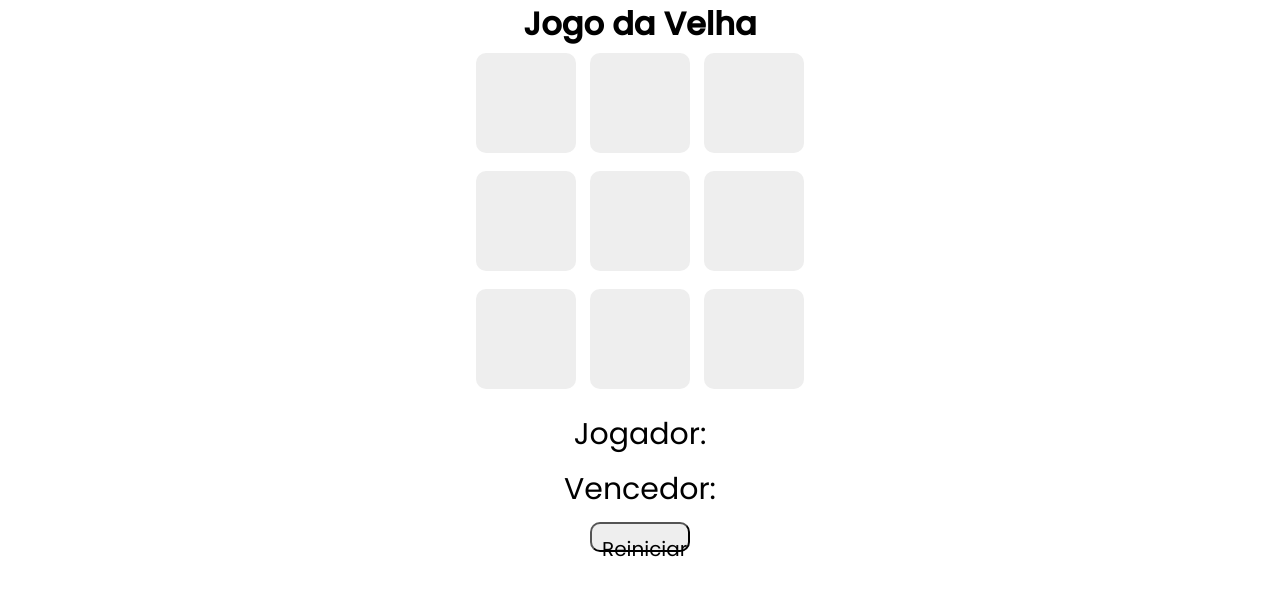
Repository: guilhermecardoso93/jogodavelha
Page: index.html
These files come from the project's save history. The page is drawn as it stood at one moment and after a run of saves; the edit follows.
The browser window is 1280 px wide. The pictures show the whole page.

Above is the page before, as saved 2023-05-31 21:42:56.

### index.html
<!DOCTYPE html>
<html lang="pt-BR">
  <head>
    <meta charset="UTF-8">
    <meta http-equiv="X-UA-Compatible" content="IE=edge">
    <meta name="viewport" content="width=device-width, initial-scale=1.0">
    <link rel="stylesheet" href="styles.css">
    <title>Jogo da Velha</title>
  </head>
  <body>
    <main>
      <h1>Jogo da Velha</h1>
      <div>
        <div id="1" class="squad">-</div>
        <div id="2" class="squad">-</div>
        <div id="3" class="squad">-</div>
      </div>
      <div>
        <div id="4" class="squad">-</div>
        <div id="5" class="squad">-</div>
        <div id="6" class="squad">-</div>
      </div>
      <div>
        <div id="7" class="squad">-</div>
        <div id="8" class="squad">-</div>
        <div id="9" class="squad">-</div>
      </div>
      <div class="player">
        <label>Jogador:</label>
        <label id="player"></label>
      </div>
      <div class="winner">
        <label>Vencedor:</label>
        <label id="winner"></label>
      </div>
      <div>
        <button type="button" id="reiniciarButton">Reiniciar</button>
      </div>
    </main>

  </body>
</html>

### styles.css
@import url('https://fonts.googleapis.com/css2?family=Poppins:wght@400;500&display=swap');

* {
  margin: 0;
  padding: 0;
  box-sizing: border-box;
  font-family: 'Poppins', sans-serif;
}

body {
  text-align: center;
}

.squad {
  display: inline-block;
  padding: 40px;
  margin: 5px;
  width: 100px;
  height: 100px;

  text-align: center;
  color: #eee;
   font-size: 60px;
  background-color: #eee;
  cursor: pointer;
  border-radius: 10px;
}

.player, .winner {
  font-size: 30px;
  margin-top: 10px
}

button {
  width: 100px;
  height: 30px;
  margin-top: 10px;
  background-color: #eee;
  cursor-pointer: pointer;
  border-radius: 10px;
  font-size: 20px;
  padding: 10px;
}

After the next 2 saves:
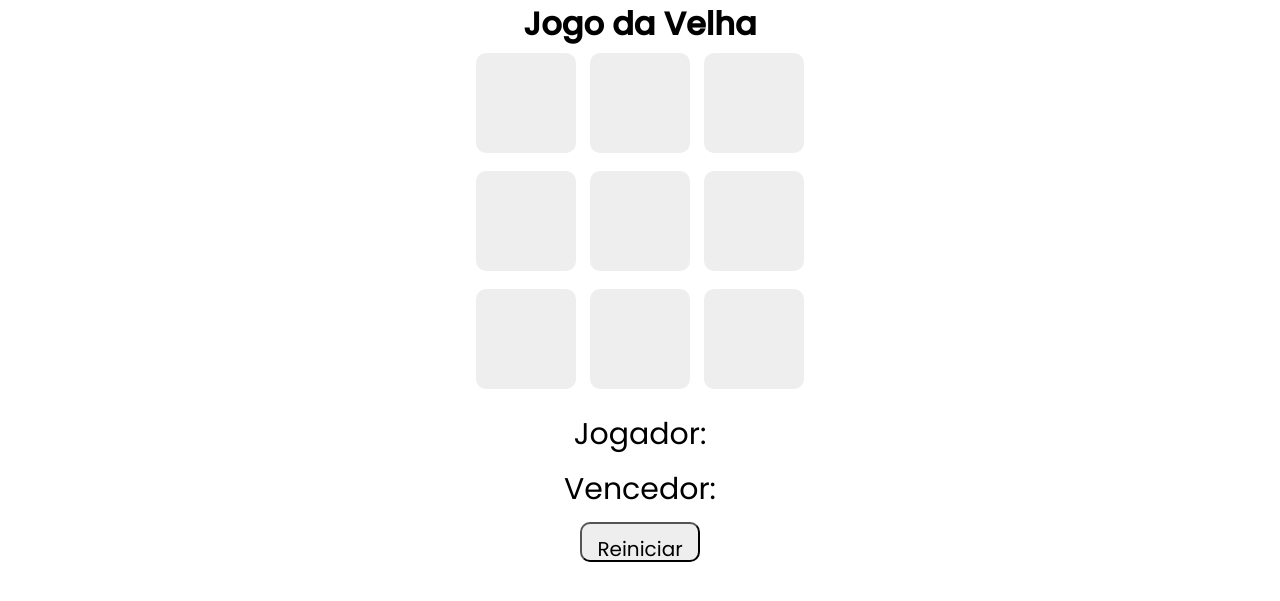
The 2 saves are shown as one change because they came seconds apart.
The last was saved 7 s later.
--- a/styles.css
+++ b/styles.css
@@ -32,8 +32,8 @@ body {
 }
 
 button {
-  width: 100px;
-  height: 30px;
+  width: 120px;
+  height: 40px;
   margin-top: 10px;
   background-color: #eee;
   cursor-pointer: pointer;
